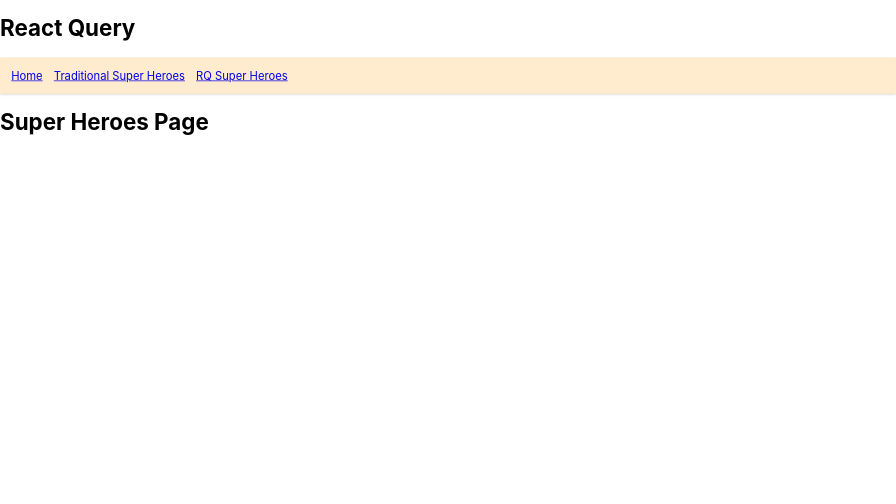
Repository: maescode/simple-react-admin-dashboard
Page: /super-heroes
The author's editor kept a copy of each file at every save. The page is drawn from the files as they stood at one save, then again after the next save.
The browser window is 1280 px wide. The pictures show the part of the page from y = 0 to 1920 px (the page is 720 px tall before and 36216 px after), at 70% of full size.
The project was rebuilt for these pictures with package versions that can differ from the ones it lists, and the page was loaded fresh each time. Requests to the local data server were answered from the project's data file. Also part of the build but not shown: src/components/table.css, src/react-tables/components/BasicTable.js, src/react-tables/components/PaginationTable.js, src/react-query/components/Home.Page.js, src/react-query/components/RQSuperHeroes.Page.js. Imported but missing from the stored project, and not drawn on this page: src/react-tables/components/columns.

Above is the page before, as saved 2022-07-26 18:21:18.

After the next save:
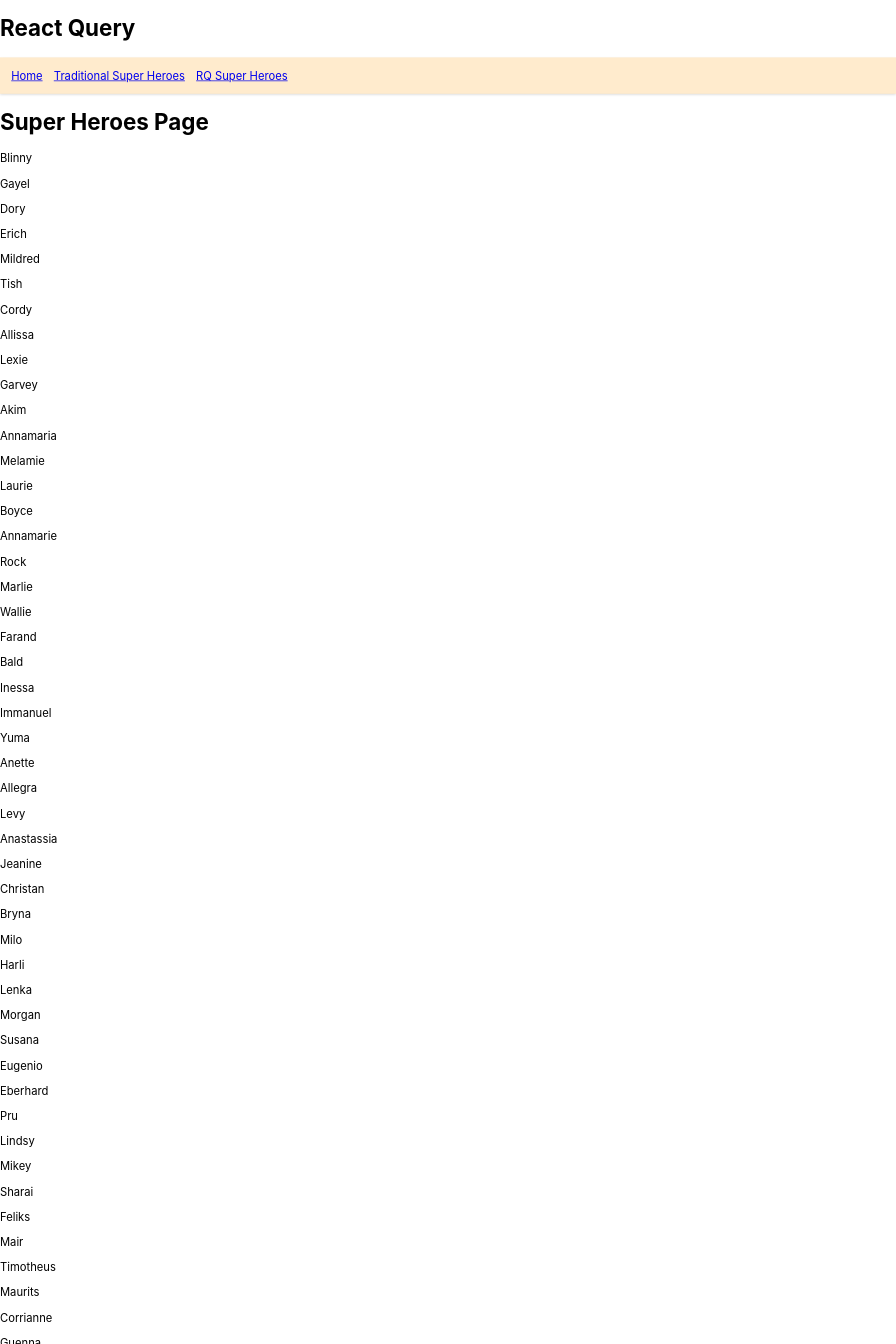
Saved 10 s later.
--- a/src/react-query/components/SuperHeroes.page.js
+++ b/src/react-query/components/SuperHeroes.page.js
@@ -20,7 +20,7 @@
     <div>
       <h1>Super Heroes Page</h1>
       {data.map((hero) => {
-        return <p key={hero.first_name}>{hero.name}</p>;
+        return <p key={hero.first_name}>{hero.first_name}</p>;
       })}
     </div>
   );
